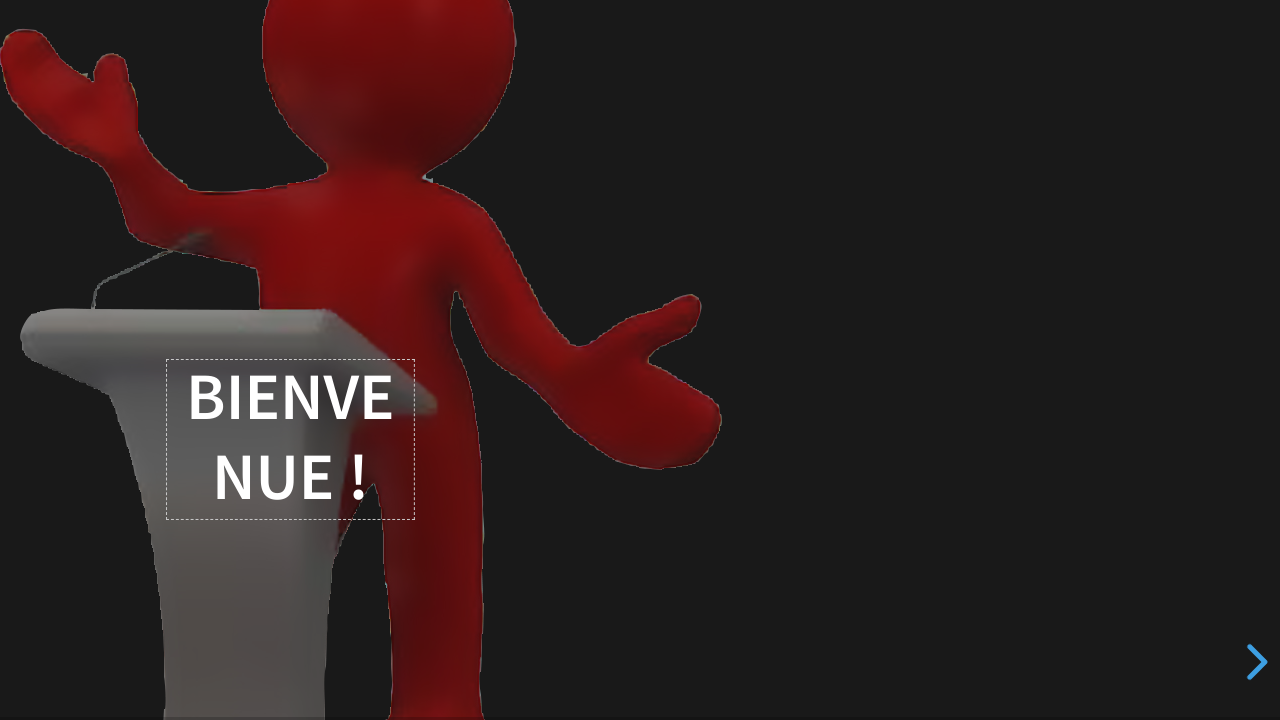
Repository: cutesquirrel/pres-college
Page: index.html
An editor plug-in stored every save of this project. The page is shown before and after the next save, followed by the edit.
The browser window is 1280 px wide. The pictures show the whole page.

Above is the page before, as saved 2024-03-31 10:46:06.

### index.html
<!doctype html>
<html lang="en">
	<head>
		<meta charset="utf-8">
		<meta name="viewport" content="width=device-width, initial-scale=1.0, maximum-scale=1.0, user-scalable=no">

		<title>reveal.js</title>

		<link rel="stylesheet" href="dist/reset.css">
		<link rel="stylesheet" href="dist/reveal.css">
		<link rel="stylesheet" href="dist/theme/black.css">

		<!-- Theme used for syntax highlighted code -->
		<link rel="stylesheet" href="plugin/highlight/monokai.css">
		<link rel="stylesheet" href="custom.css">
	</head>
	<body>
		<div class="reveal">
			<div class="slides">
				<section data-background-image="./whoami.png" data-background-size="722px" data-background-position="left" data-background-repeat="no-repeat" data-background-opacity="0.5">
					<h2 class="animate-text">Bienvenue !</h2>
				</section>
				<section data-background-image="./whoami.png" data-background-size="722px" data-background-position="left" data-background-repeat="no-repeat" data-background-opacity="0.5">
					<h2>Qui suis-je ?</h2>
				</section>
				<section data-background-image="./fond_dev.png" >
					<h2>Développement ?</h2>
				</section>
				<section>

					<h2>Idées de thèmes</h2>
					<ul class="r-fit-text">
<li class="fragment fade-left">Les différentes activités réalisées dans votre travail
Développement Web
Gestion de projet
Management d'équipe
Travailler avec les fournisseurs : hébergeur, avis clients par ex, réseaux sociaux
Réunions d'équipe : qui travaille sur quoi ?
Réunions pour préparer des nouveaux projets
Réunions de crise : gros souci sur un site, on ne vend plus ? panique à bord ?


</li>
<li class="fragment fade-left">Description d'une journée type
	Je dirige une équipe de 8 personnes, coupée en 3 : une partie à Aix, l'autre à Montpellier, 1 en Bretagne
	On utilise donc beaucoup Slack, un outil pour communiquer entre nous, comme WhatsApp
Outils de chat : 2
</li>

<li class="fragment fade-left">les horaires de travail -

	9h-12h/14h-18h environ</li>

<li class="fragment fade-left">lieu(x) d’exercice du métier:

	dans l'entreprise, à Aix, ou en télétravail 2j/semaine</li>

<li class="fragment fade-left">les qualités et compétences demandées
	passioné par le développement
  curieux, inventif
	aimer travailler en équipe
	autonôme parfois
</li>

<li class="fragment fade-left">votre parcours de formation
ESIGELEC, école d'ingénieur généraliste.
Plein d'autres formations possibles : EPITECH, l'école 42, BTS, BUT, formation de reconversion


</li>
<li class="fragment fade-left">la place de l’anglais dans votre profession</li>
<li class="fragment fade-left">L’éducation nationale s’engage pour le développement durable et la transition écologique :
	la question de l’environnement est au coeur des nouveaux programme du lycée.

	parler de la question de la consommation énergétique
	Green IT ?
  Netflix, moteurs de recherche comme Google, l'intelligence articielle, le bitcoin - consommation énergétique monstrueuse


</li>
<li class="fragment fade-left">Entreprise ? égalité fille/ garçon: la part des femmes et des hommes dans votre entreprise

	Parmi les développeurs/euses, il y a encore peu de femmes.
	La preuve, je n'ai qu'une femme dans mon équipe sur 8 personnes...

	Par contre, au service marketing, dont je fais partie, c'est principalement des femmes :
	   graphistes, designeuses
	   community manager
		 responsable produit
		 ventes

  De nombreuses initiatives existent pour promouvoir la place de la femme dans ce métier.

</li>
					</ul>

TROUVER QQ PHOTOS HOMAIR
QQ PHOTOS AGREMENTANT LA PRESENTATION

				</section>
				<section>
					<section>Slide 2.1</section>
					<section>Slide 2.2</section>
				</section>
				<section data-transition="convex">
					<h3>data-transition: convex</h3>
				</section>
				<section data-background="indigo">
					<h2>Scroll triggered fragments</h2>
					<ul>
						<li class="fragment fade-left">Step one</li>
						<li class="fragment fade-left">Step two</li>
						<li class="fragment fade-left">Step three</li>
					</ul>
				</section>
			</div>
		</div>

		<script src="dist/reveal.js"></script>
		<script src="plugin/notes/notes.js"></script>
		<script src="plugin/markdown/markdown.js"></script>
		<script src="plugin/highlight/highlight.js"></script>
		<script>
			// More info about initialization & config:
			// - https://revealjs.com/initialization/
			// - https://revealjs.com/config/
			Reveal.initialize({
				hash: true,

				// Learn about plugins: https://revealjs.com/plugins/
				plugins: [ RevealMarkdown, RevealHighlight, RevealNotes ]
			});
		</script>
		<script src="custom.js"></script>
	</body>
</html>

### dist/theme/black.css
/**
 * Black theme for reveal.js. This is the opposite of the 'white' theme.
 *
 * By Hakim El Hattab, http://hakim.se
 */
@import url(./fonts/source-sans-pro/source-sans-pro.css);
section.has-light-background, section.has-light-background h1, section.has-light-background h2, section.has-light-background h3, section.has-light-background h4, section.has-light-background h5, section.has-light-background h6 {
  color: #222;
}

/*********************************************
 * GLOBAL STYLES
 *********************************************/
:root {
  --r-background-color: #191919;
  --r-main-font: Source Sans Pro, Helvetica, sans-serif;
  --r-main-font-size: 42px;
  --r-main-color: #fff;
  --r-block-margin: 20px;
  --r-heading-margin: 0 0 20px 0;
  --r-heading-font: Source Sans Pro, Helvetica, sans-serif;
  --r-heading-color: #fff;
  --r-heading-line-height: 1.2;
  --r-heading-letter-spacing: normal;
  --r-heading-text-transform: uppercase;
  --r-heading-text-shadow: none;
  --r-heading-font-weight: 600;
  --r-heading1-text-shadow: none;
  --r-heading1-size: 2.5em;
  --r-heading2-size: 1.6em;
  --r-heading3-size: 1.3em;
  --r-heading4-size: 1em;
  --r-code-font: monospace;
  --r-link-color: #42affa;
  --r-link-color-dark: #068de9;
  --r-link-color-hover: #8dcffc;
  --r-selection-background-color: rgba(66, 175, 250, 0.75);
  --r-selection-color: #fff;
  --r-overlay-element-bg-color: 240, 240, 240;
  --r-overlay-element-fg-color: 0, 0, 0;
}

.reveal-viewport {
  background: #191919;
  background-color: var(--r-background-color);
}

.reveal {
  font-family: var(--r-main-font);
  font-size: var(--r-main-font-size);
  font-weight: normal;
  color: var(--r-main-color);
}

.reveal ::selection {
  color: var(--r-selection-color);
  background: var(--r-selection-background-color);
  text-shadow: none;
}

.reveal ::-moz-selection {
  color: var(--r-selection-color);
  background: var(--r-selection-background-color);
  text-shadow: none;
}

.reveal .slides section,
.reveal .slides section > section {
  line-height: 1.3;
  font-weight: inherit;
}

/*********************************************
 * HEADERS
 *********************************************/
.reveal h1,
.reveal h2,
.reveal h3,
.reveal h4,
.reveal h5,
.reveal h6 {
  margin: var(--r-heading-margin);
  color: var(--r-heading-color);
  font-family: var(--r-heading-font);
  font-weight: var(--r-heading-font-weight);
  line-height: var(--r-heading-line-height);
  letter-spacing: var(--r-heading-letter-spacing);
  text-transform: var(--r-heading-text-transform);
  text-shadow: var(--r-heading-text-shadow);
  word-wrap: break-word;
}

.reveal h1 {
  font-size: var(--r-heading1-size);
}

.reveal h2 {
  font-size: var(--r-heading2-size);
}

.reveal h3 {
  font-size: var(--r-heading3-size);
}

.reveal h4 {
  font-size: var(--r-heading4-size);
}

.reveal h1 {
  text-shadow: var(--r-heading1-text-shadow);
}

/*********************************************
 * OTHER
 *********************************************/
.reveal p {
  margin: var(--r-block-margin) 0;
  line-height: 1.3;
}

/* Remove trailing margins after titles */
.reveal h1:last-child,
.reveal h2:last-child,
.reveal h3:last-child,
.reveal h4:last-child,
.reveal h5:last-child,
.reveal h6:last-child {
  margin-bottom: 0;
}

/* Ensure certain elements are never larger than the slide itself */
.reveal img,
.reveal video,
.reveal iframe {
  max-width: 95%;
  max-height: 95%;
}

.reveal strong,
.reveal b {
  font-weight: bold;
}

.reveal em {
  font-style: italic;
}

.reveal ol,
.reveal dl,
.reveal ul {
  display: inline-block;
  text-align: left;
  margin: 0 0 0 1em;
}

.reveal ol {
  list-style-type: decimal;
}

.reveal ul {
  list-style-type: disc;
}

.reveal ul ul {
  list-style-type: square;
}

.reveal ul ul ul {
  list-style-type: circle;
}

.reveal ul ul,
.reveal ul ol,
.reveal ol ol,
.reveal ol ul {
  display: block;
  margin-left: 40px;
}

.reveal dt {
  font-weight: bold;
}

.reveal dd {
  margin-left: 40px;
}

.reveal blockquote {
  display: block;
  position: relative;
  width: 70%;
  margin: var(--r-block-margin) auto;
  padding: 5px;
  font-style: italic;
  background: rgba(255, 255, 255, 0.05);
  box-shadow: 0px 0px 2px rgba(0, 0, 0, 0.2);
}

.reveal blockquote p:first-child,
.reveal blockquote p:last-child {
  display: inline-block;
}

.reveal q {
  font-style: italic;
}

.reveal pre {
  display: block;
  position: relative;
  width: 90%;
  margin: var(--r-block-margin) auto;
  text-align: left;
  font-size: 0.55em;
  font-family: var(--r-code-font);
  line-height: 1.2em;
  word-wrap: break-word;
  box-shadow: 0px 5px 15px rgba(0, 0, 0, 0.15);
}

.reveal code {
  font-family: var(--r-code-font);
  text-transform: none;
  tab-size: 2;
}

.reveal pre code {
  display: block;
  padding: 5px;
  overflow: auto;
  max-height: 400px;
  word-wrap: normal;
}

.reveal .code-wrapper {
  white-space: normal;
}

.reveal .code-wrapper code {
  white-space: pre;
}

.reveal table {
  margin: auto;
  border-collapse: collapse;
  border-spacing: 0;
}

.reveal table th {
  font-weight: bold;
}

.reveal table th,
.reveal table td {
  text-align: left;
  padding: 0.2em 0.5em 0.2em 0.5em;
  border-bottom: 1px solid;
}

.reveal table th[align=center],
.reveal table td[align=center] {
  text-align: center;
}

.reveal table th[align=right],
.reveal table td[align=right] {
  text-align: right;
}

.reveal table tbody tr:last-child th,
.reveal table tbody tr:last-child td {
  border-bottom: none;
}

.reveal sup {
  vertical-align: super;
  font-size: smaller;
}

.reveal sub {
  vertical-align: sub;
  font-size: smaller;
}

.reveal small {
  display: inline-block;
  font-size: 0.6em;
  line-height: 1.2em;
  vertical-align: top;
}

.reveal small * {
  vertical-align: top;
}

.reveal img {
  margin: var(--r-block-margin) 0;
}

/*********************************************
 * LINKS
 *********************************************/
.reveal a {
  color: var(--r-link-color);
  text-decoration: none;
  transition: color 0.15s ease;
}

.reveal a:hover {
  color: var(--r-link-color-hover);
  text-shadow: none;
  border: none;
}

.reveal .roll span:after {
  color: #fff;
  background: var(--r-link-color-dark);
}

/*********************************************
 * Frame helper
 *********************************************/
.reveal .r-frame {
  border: 4px solid var(--r-main-color);
  box-shadow: 0 0 10px rgba(0, 0, 0, 0.15);
}

.reveal a .r-frame {
  transition: all 0.15s linear;
}

.reveal a:hover .r-frame {
  border-color: var(--r-link-color);
  box-shadow: 0 0 20px rgba(0, 0, 0, 0.55);
}

/*********************************************
 * NAVIGATION CONTROLS
 *********************************************/
.reveal .controls {
  color: var(--r-link-color);
}

/*********************************************
 * PROGRESS BAR
 *********************************************/
.reveal .progress {
  background: rgba(0, 0, 0, 0.2);
  color: var(--r-link-color);
}

/*********************************************
 * PRINT BACKGROUND
 *********************************************/
@media print {
  .backgrounds {
    background-color: var(--r-background-color);
  }
}

### plugin/highlight/monokai.css
/*
Monokai style - ported by Luigi Maselli - http://grigio.org
*/

.hljs {
  display: block;
  overflow-x: auto;
  padding: 0.5em;
  background: #272822;
  color: #ddd;
}

.hljs-tag,
.hljs-keyword,
.hljs-selector-tag,
.hljs-literal,
.hljs-strong,
.hljs-name {
  color: #f92672;
}

.hljs-code {
  color: #66d9ef;
}

.hljs-class .hljs-title {
  color: white;
}

.hljs-attribute,
.hljs-symbol,
.hljs-regexp,
.hljs-link {
  color: #bf79db;
}

.hljs-string,
.hljs-bullet,
.hljs-subst,
.hljs-title,
.hljs-section,
.hljs-emphasis,
.hljs-type,
.hljs-built_in,
.hljs-builtin-name,
.hljs-selector-attr,
.hljs-selector-pseudo,
.hljs-addition,
.hljs-variable,
.hljs-template-tag,
.hljs-template-variable {
  color: #a6e22e;
}

.hljs-comment,
.hljs-quote,
.hljs-deletion,
.hljs-meta {
  color: #75715e;
}

.hljs-keyword,
.hljs-selector-tag,
.hljs-literal,
.hljs-doctag,
.hljs-title,
.hljs-section,
.hljs-type,
.hljs-selector-id {
  font-weight: bold;
}

### custom.css
/* effet machine à écrire (SIMPLE) */
.animate-text {
	visibility:hidden;
  font-family:"courier",sans-serif;
  color:black;
}

/* déco */
.animate-text {
  width:250px; /* pour visualiser le passage a la ligne */
  border:1px dashed #ccc;
}

/* effet machine à écrire + animation CSS (SPECIAL) */
/*
.animate-text span {
	display:inline-block;
  color:purple;
  animation:fade-in 0.8s ease-in-out 1;
	animation-fill-mode: forwards;
}
@keyframes fade-in {
	0% { opacity:0; font-size:0; xxmargin-left:100px; }
  100% { opacity:1; xxfont-size:300%; xxtransform:rotate(360deg); margin-left:0; }
}
*/

### custom.js
/* ------------------------- */
/* Version en JavaScript pur */
/* ------------------------- */
'use strict'
window.addEventListener('DOMContentLoaded', (event) => {
  animate_text()
})
// -------------------
function animate_text() {
  let delay = 100,
    delay_start = 0,
    contents,
    letters

  document.querySelectorAll('.animate-text').forEach(function (elem) {
    contents = elem.textContent.trim()
    elem.textContent = ''
    letters = contents.split('')
    elem.style.visibility = 'visible'

    letters.forEach(function (letter, index_1) {
      setTimeout(function () {
        // ---------
        // effet machine à écrire (SIMPLE)
        elem.textContent += letter
        // ---------
        // OU :
        // effet machine à écrire + animation CSS (SPECIAL)
        /*
        var span = document.createElement('span');
        span.innerHTML = letter.replace(/ /,'&nbsp;');
        elem.appendChild(span);
*/
        // ---------
      }, delay_start + delay * index_1)
    })
    delay_start += delay * letters.length
  })
}

/* ------------------------- */
/* version jQuery */
/* ------------------------- */
/*
"use strict";
$(document).ready(function() {
  animate_text();
});
// -------------------
function animate_text()
{
  let delay = 100,
      delay_start = 0,
      contents,
      letters;

  $(".animate-text").each(function(index, obj) {
    contents = $(obj).text().trim();
    $(obj).html(''); // on vide le contenu
    letters = contents.split("");
    $(letters).each(function(index_1, letter) {
      setTimeout(function() {
        // ---------
        // effet machine à écrire simple
        $(obj).html( $(obj).html() + letter ); // on ajoute chaque lettre l une après l autre
        // ---------
        // ---------
      }, delay_start + delay * index_1);
    });
    // le suivant démarre à la fin du précédent
    delay_start += delay * letters.length;
  });
}
*/

Loaded but not shown: dist/reset.css (common file); dist/reveal.css (library); dist/reveal.js (library); plugin/notes/notes.js (library); plugin/markdown/markdown.js (library); plugin/highlight/highlight.js (library); dist/theme/fonts/source-sans-pro/source-sans-pro.css (common file)

After the next save:
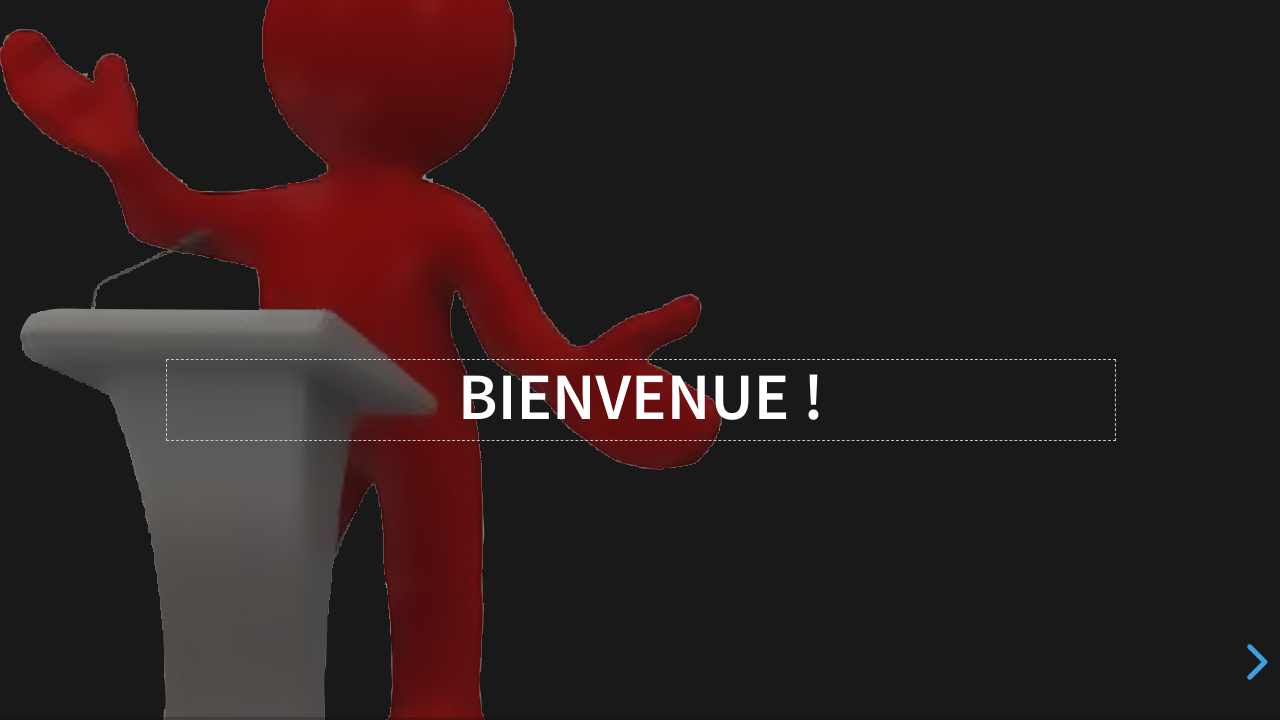
Saved 16 s later.
--- a/custom.css
+++ b/custom.css
@@ -7,7 +7,7 @@
 
 /* déco */
 .animate-text {
-  width:250px; /* pour visualiser le passage a la ligne */
+  width:100%; /* pour visualiser le passage a la ligne */
   border:1px dashed #ccc;
 }
 
